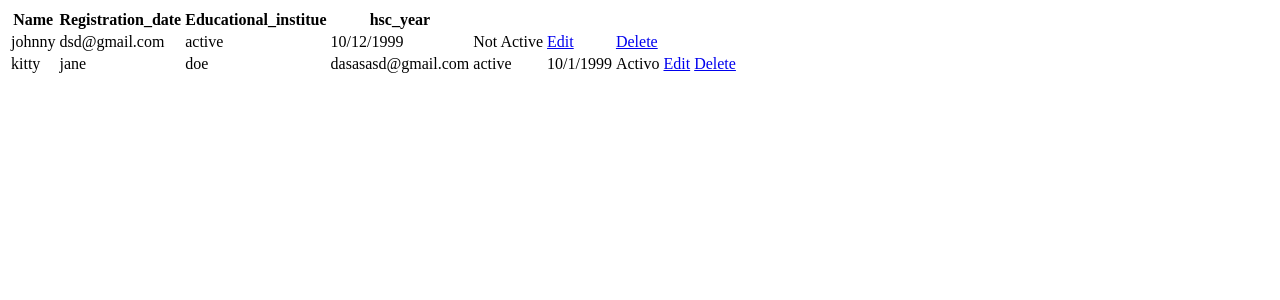
Repository: SabitDeepto/Chitra
Page: CRUD/templates/index.html
An editor plug-in stored every save of this project. The page is shown before and after the next save, followed by the edit.
The browser window is 1280 px wide. The pictures show the whole page.
The template is drawn by Django 2.2. The application's start-up code is not run. Other server files are loaded and not shown. The template is opened directly, without the code that normally fills it, so the values that code supplies are empty.

Above is the page before, as saved 2019-01-08 12:42:06.

### CRUD/templates/index.html
{% comment %} {% for x in ex %}
<div class="container">
<a href = '#'>{{x.name}}<br>
</div>
 <p>My mother has <span style="color:blue">blue</span> eyes.</p>
{% endfor %} {% endcomment %}


   </div><table class="table table-striped table-hover table-users">
    			<thead>
    				<tr>
    					<th class="hidden-phone">Name</th>
    					<th>Registration_date</th>
    					<th>Educational_institue</th>
    					<th>hsc_year</th>
    				</tr>
    			</thead>

    			<tbody>

    				<tr>

    					<td>johnny</td>
    					<td class="hidden-phone">dsd@gmail.com</td>
    					<td class="hidden-phone">active</td>
                        <td >10/12/1999</td>
                    	<td><span class="label label-warning">Not Active</span></td>
    					<td><a class="btn mini blue-stripe" href="{site_url()}admin/editFront/1">Edit</a></td>
                        <td><a href="#" class="confirm-delete btn mini red-stripe" role="button" data-title="johnny" data-id="1">Delete</a></td>
                    </tr>
					<tr>

    					<td class="hidden-phone">kitty</td>
    					<td>jane</td>
    					<td>doe</td>
    					<td class="hidden-phone">dasasasd@gmail.com</td>
    					<td class="hidden-phone">active</td>
                      <td class="hidden-phone">10/1/1999</td>

                    	<td><span class="label label-danger">Activo</span></td>

    					<td><a class="btn mini blue-stripe" href="#">Edit</a></td>

                        <td><a href="#" class="confirm-delete btn mini red-stripe" role="button" data-title="kitty" data-id="2">Delete</a></td>
                    </tr>

	               </tbody>

</table>

After the next save:
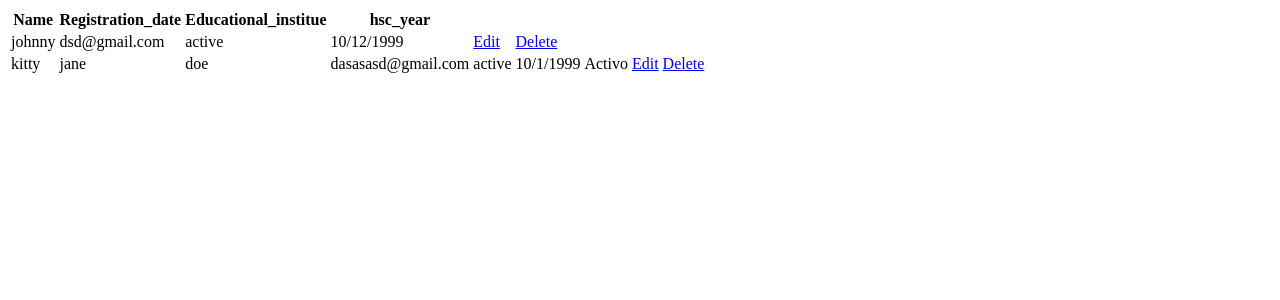
Saved 2 min 59 s later.
--- a/CRUD/templates/index.html
+++ b/CRUD/templates/index.html
@@ -24,7 +24,7 @@
     					<td class="hidden-phone">dsd@gmail.com</td>
     					<td class="hidden-phone">active</td>
                         <td >10/12/1999</td>
-                    	<td><span class="label label-warning">Not Active</span></td>
+
     					<td><a class="btn mini blue-stripe" href="{site_url()}admin/editFront/1">Edit</a></td>
                         <td><a href="#" class="confirm-delete btn mini red-stripe" role="button" data-title="johnny" data-id="1">Delete</a></td>
                     </tr>
